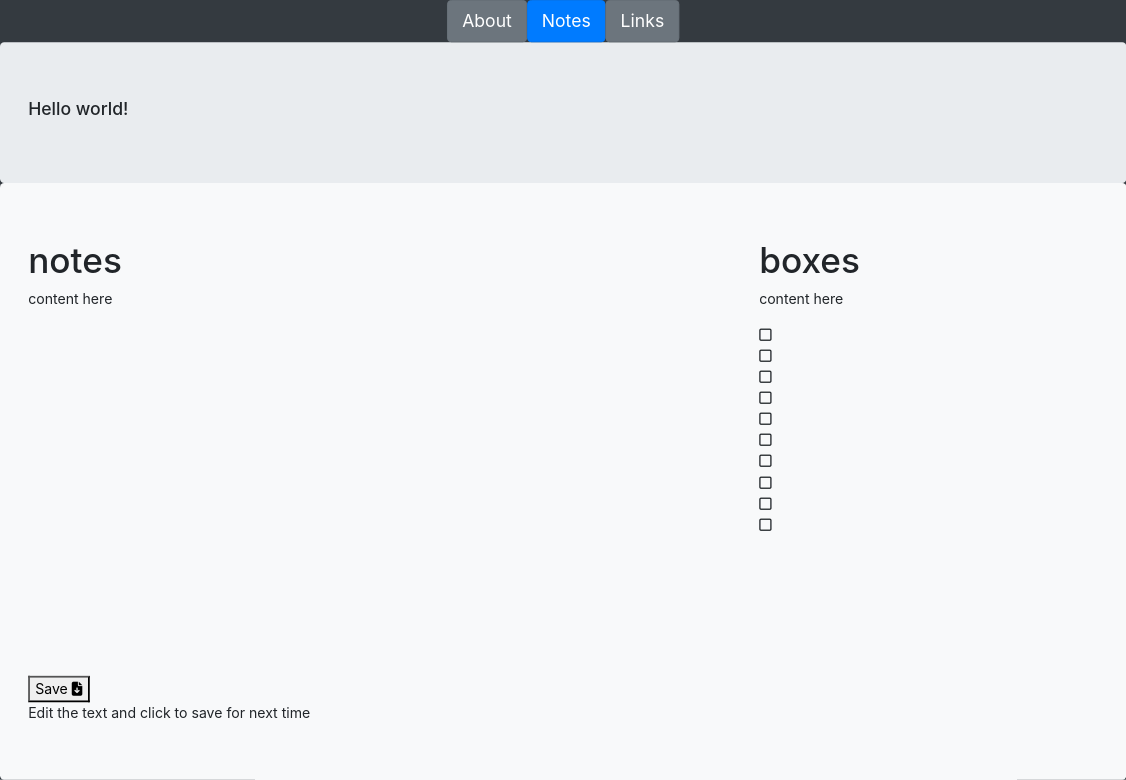
Repository: Kamicoda/Noteblock
Page: index.html
The author's editor kept a record of every edit. The page is drawn from the files as they stood at one moment, then again after the next edit.
The browser window is 1280 px wide. The pictures show the whole page, at 88% of full size.
Some web libraries are served in a nearby version.

Above is the page before.
Console error: ReferenceError: checkEdits is not defined

After the next edit:
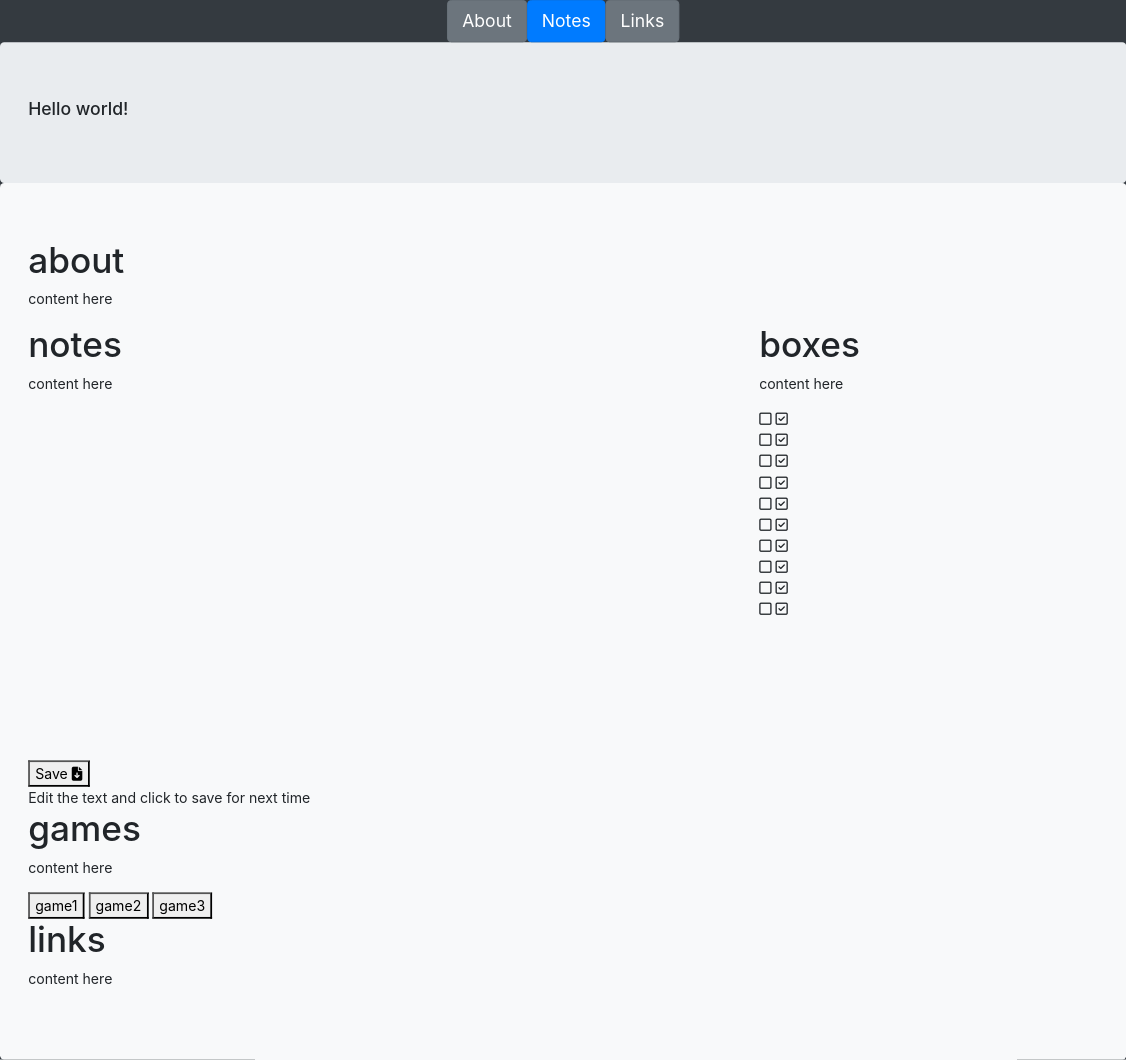
Console error: SyntaxError: Unexpected token '}'
The edit:
--- a/assets/js/script1.js
+++ b/assets/js/script1.js
@@ -37,9 +37,9 @@
         $('.fa-check-square').toggle();
     });
 
-    $('#new').on('click', function() {
-        count += 1;
-        $('#item' + count).show()
+   // $('#new').on('click', function() {
+      //  count += 1;
+      //  $('#item' + count).show()
         //$('#editList').append(`<p id="edit` + count + `" contenteditable="true" class="editableP"></p><button type="button " onclick="save`+ count +`()" class="saveButton">Save
                        // <i class="fas fa-file-download"></i></button>`);
 

After the edit that followed:
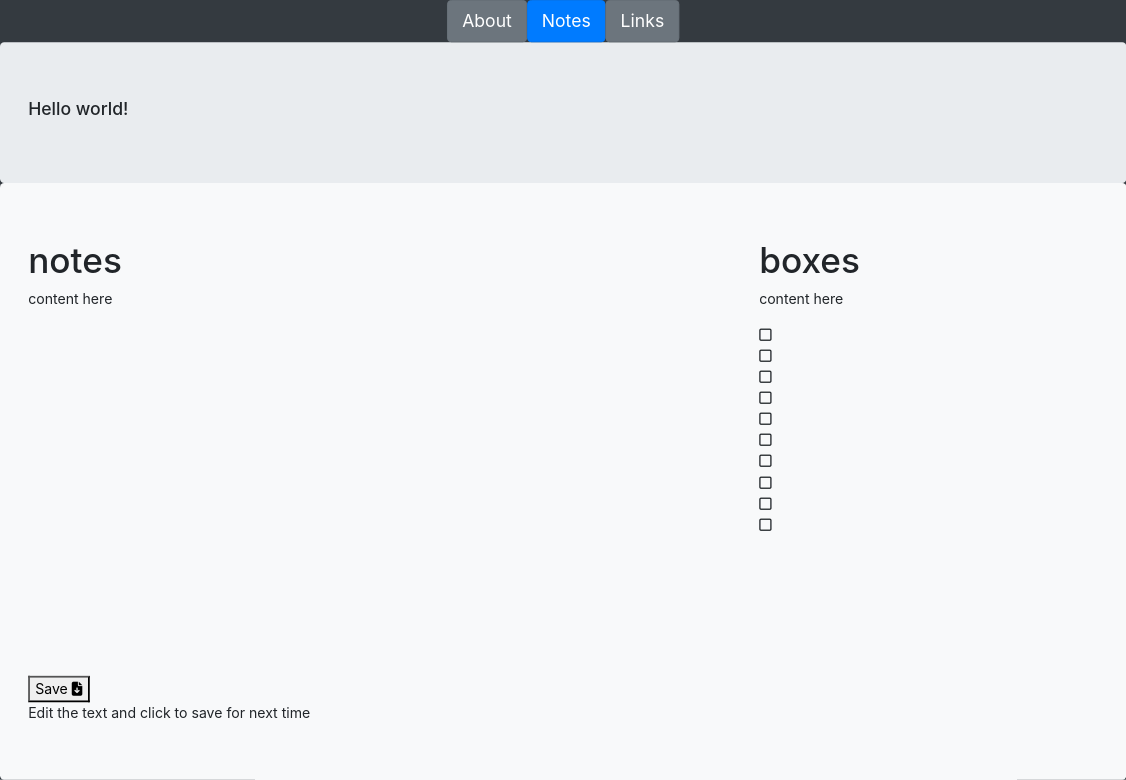
Console error: ReferenceError: checkEdits is not defined
The edit:
--- a/assets/js/script1.js
+++ b/assets/js/script1.js
@@ -43,7 +43,7 @@
         //$('#editList').append(`<p id="edit` + count + `" contenteditable="true" class="editableP"></p><button type="button " onclick="save`+ count +`()" class="saveButton">Save
                        // <i class="fas fa-file-download"></i></button>`);
 
-    });
+   // });
 });
 
 // this is adding numbers to the ID "edit"
